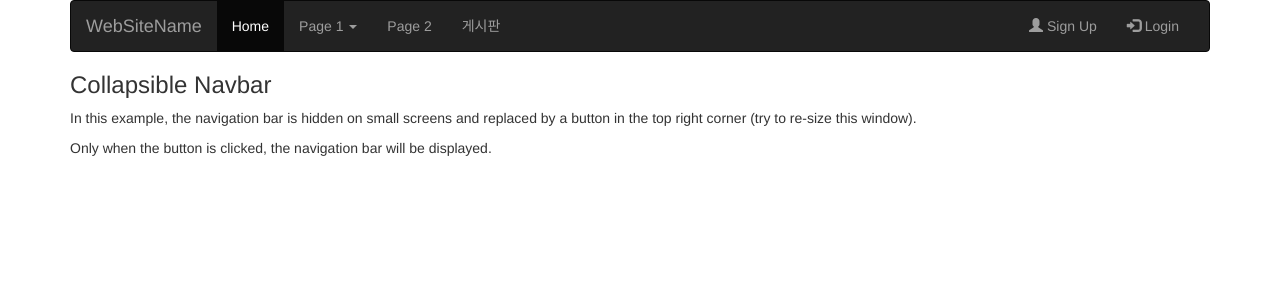
Repository: rlo-g/Spring
Page: http://localhost/SpringMVC03/WEB-INF/views/index.jsp
The author's editor kept a copy of each file at every save. The page is drawn from the files as they stood at one save, then again after the next save.
The browser window is 1280 px wide. The pictures show the whole page.
The page is served by Tomcat 9. Nobody is signed in. Other server files are loaded and not shown. The template is opened directly, without the code that normally fills it, so the values that code supplies are empty.

Above is the page before, as saved 2023-09-14 03:25:04.

### SpringMVC03/src/main/webapp/WEB-INF/views/index.jsp
<%@ page language="java" contentType="text/html; charset=UTF-8"
    pageEncoding="UTF-8"%>
<!DOCTYPE html>
<html lang="en">
<head>
  <title>Bootstrap Example</title>
  <meta charset="utf-8">
  <meta name="viewport" content="width=device-width, initial-scale=1">
  <link rel="stylesheet" href="https://maxcdn.bootstrapcdn.com/bootstrap/3.4.1/css/bootstrap.min.css">
  <script src="https://ajax.googleapis.com/ajax/libs/jquery/3.6.4/jquery.min.js"></script>
  <script src="https://maxcdn.bootstrapcdn.com/bootstrap/3.4.1/js/bootstrap.min.js"></script>
</head>
<body>


<div class="container">
	 <!-- 따로 저장해둔 메뉴바 불러오기 -->
	<jsp:include page="common/header.jsp"></jsp:include>
  	<h3>Collapsible Navbar</h3>
  	<p>In this example, the navigation bar is hidden on small screens and replaced by a button in the top right corner (try to re-size this window).
  	<p>Only when the button is clicked, the navigation bar will be displayed.</p>
</div>

</body>
</html>

### SpringMVC03/src/main/webapp/WEB-INF/views/common/header.jsp
<%@ page language="java" contentType="text/html; charset=UTF-8"
    pageEncoding="UTF-8"%>
<!DOCTYPE html>
<html>
<head>
<meta charset="UTF-8">
<title>Insert title here</title>
</head>
<body>
 <!-- 여러 페이지들에 공통적으로 들어가는 것(ex. 메뉴바)을 모아둔 파일 : common -->

 	<!-- 메뉴바 -->
	<nav class="navbar navbar-inverse">
	  <div class="container-fluid">
	    <div class="navbar-header">
	      <button type="button" class="navbar-toggle" data-toggle="collapse" data-target="#myNavbar">
	        <span class="icon-bar"></span>
	        <span class="icon-bar"></span>
	        <span class="icon-bar"></span>
	      </button>
	      <a class="navbar-brand" href="#">WebSiteName</a>
	    </div>
	    <div class="collapse navbar-collapse" id="myNavbar">
	      <ul class="nav navbar-nav">
	        <li class="active"><a href="#">Home</a></li>
	        <li class="dropdown">
	          <a class="dropdown-toggle" data-toggle="dropdown" href="#">Page 1 <span class="caret"></span></a>
	          <ul class="dropdown-menu">
	            <li><a href="#">Page 1-1</a></li>
	            <li><a href="#">Page 1-2</a></li>
	            <li><a href="#">Page 1-3</a></li>
	          </ul>
	        </li>
	        <li><a href="#">Page 2</a></li>
	        <li><a href="boardMain.do">게시판</a></li>
	      </ul>
	      <ul class="nav navbar-nav navbar-right">
	        <li><a href="#"><span class="glyphicon glyphicon-user"></span> Sign Up</a></li>
	        <li><a href="#"><span class="glyphicon glyphicon-log-in"></span> Login</a></li>
	      </ul>
	    </div>
	  </div>
	</nav>


</body>
</html>

After the next save:
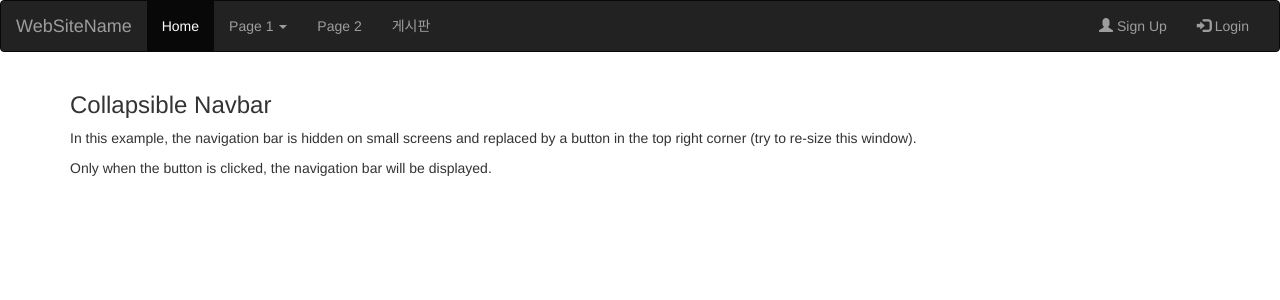
Saved 24 s later.
--- a/SpringMVC03/src/main/webapp/WEB-INF/views/index.jsp
+++ b/SpringMVC03/src/main/webapp/WEB-INF/views/index.jsp
@@ -13,9 +13,9 @@
 <body>
 
 
-<div class="container">
 	 <!-- 따로 저장해둔 메뉴바 불러오기 -->
 	<jsp:include page="common/header.jsp"></jsp:include>
+<div class="container">
   	<h3>Collapsible Navbar</h3>
   	<p>In this example, the navigation bar is hidden on small screens and replaced by a button in the top right corner (try to re-size this window).
   	<p>Only when the button is clicked, the navigation bar will be displayed.</p>

After the save that followed:
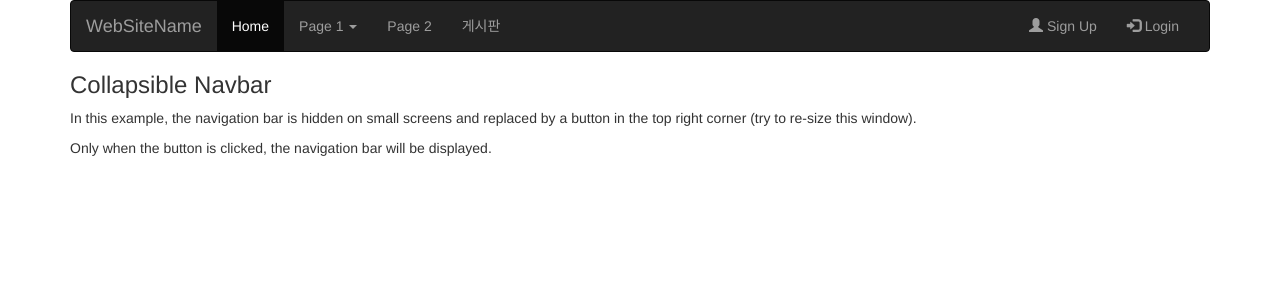
Saved 25 s later.
--- a/SpringMVC03/src/main/webapp/WEB-INF/views/index.jsp
+++ b/SpringMVC03/src/main/webapp/WEB-INF/views/index.jsp
@@ -13,9 +13,9 @@
 <body>
 
 
+<div class="container">
 	 <!-- 따로 저장해둔 메뉴바 불러오기 -->
 	<jsp:include page="common/header.jsp"></jsp:include>
-<div class="container">
   	<h3>Collapsible Navbar</h3>
   	<p>In this example, the navigation bar is hidden on small screens and replaced by a button in the top right corner (try to re-size this window).
   	<p>Only when the button is clicked, the navigation bar will be displayed.</p>
